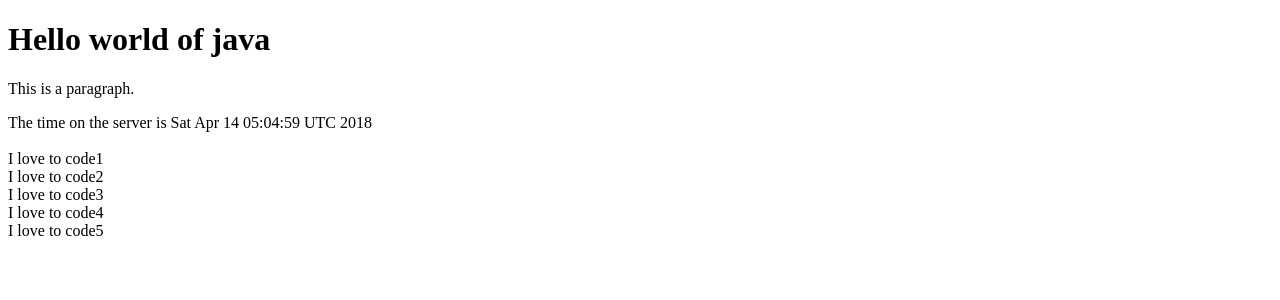
Repository: nishan1281/Java-training
Page: http://localhost/helloworld/helloworld.jsp
The author's editor kept a copy of each file at every save. The page is drawn from the files as they stood at one save, then again after the next save.
The browser window is 1280 px wide. The pictures show the whole page.
The page is served by Tomcat 9.

Above is the page before, as saved 2018-04-14 05:05:23.

After the next save:
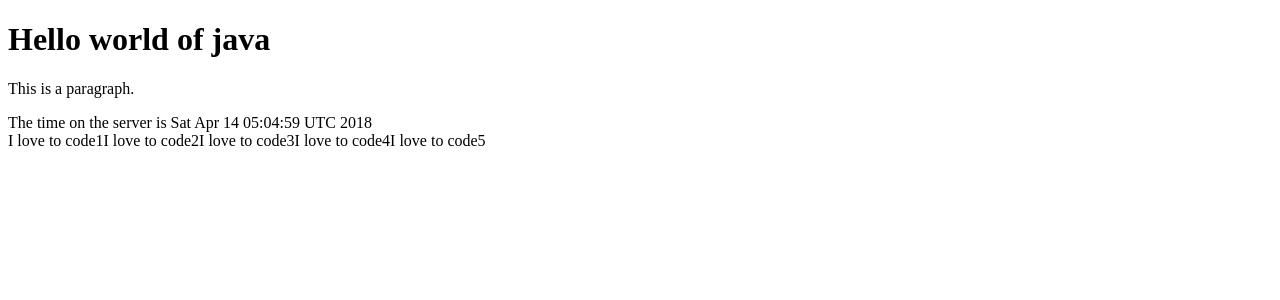
Saved 32 s later.
--- a/springProject/helloworld/WebContent/helloworld.jsp
+++ b/springProject/helloworld/WebContent/helloworld.jsp
@@ -14,7 +14,7 @@ The time on the server is <%= new java.util.Date() %>
 <%
   for (int i = 1; i<=5; i++)
     {
-	out.print("<br/> I love to code" + i);
+	out.print("I love to code" + i);
     }
 %>
 
